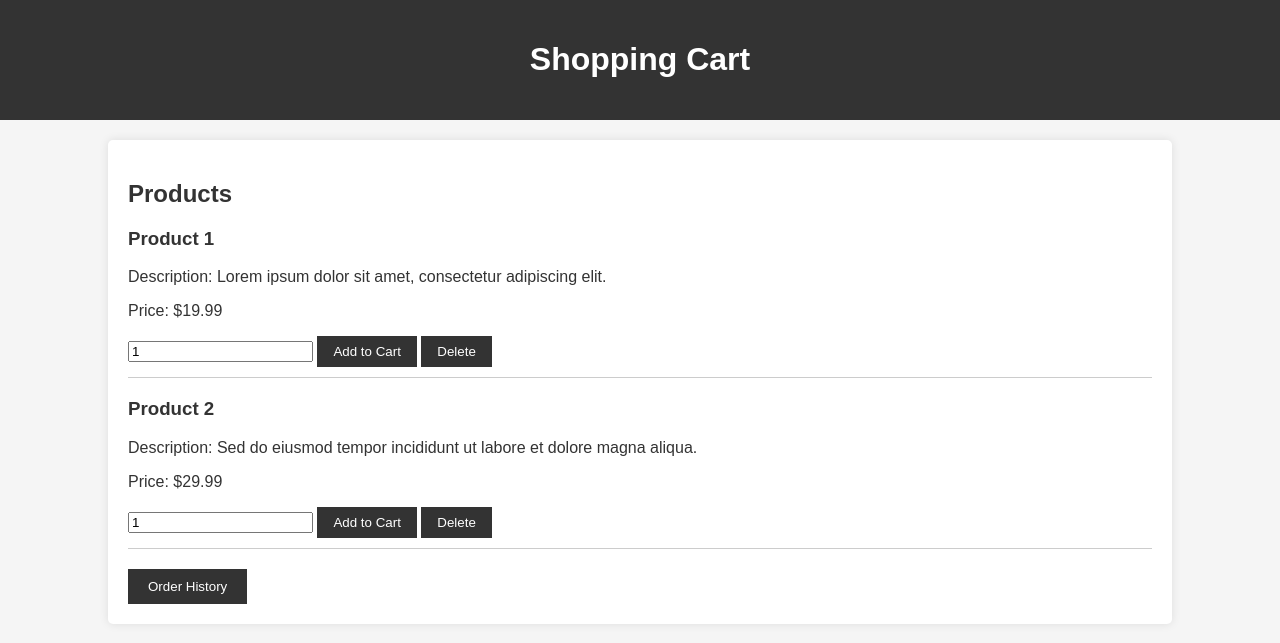
Repository: Thalapaty123/TimizStore
Page: http://localhost/TimZyStore/pages/addtocart.jsp
These files come from the project's save history. The page is drawn as it stood at one moment and after the next save; the edit follows.
The browser window is 1280 px wide. The pictures show the whole page.
The page is served by Tomcat 9. Nobody is signed in. The application's start-up code is not run.

Above is the page before, as saved 2024-05-06 18:01:30.

After the next save:
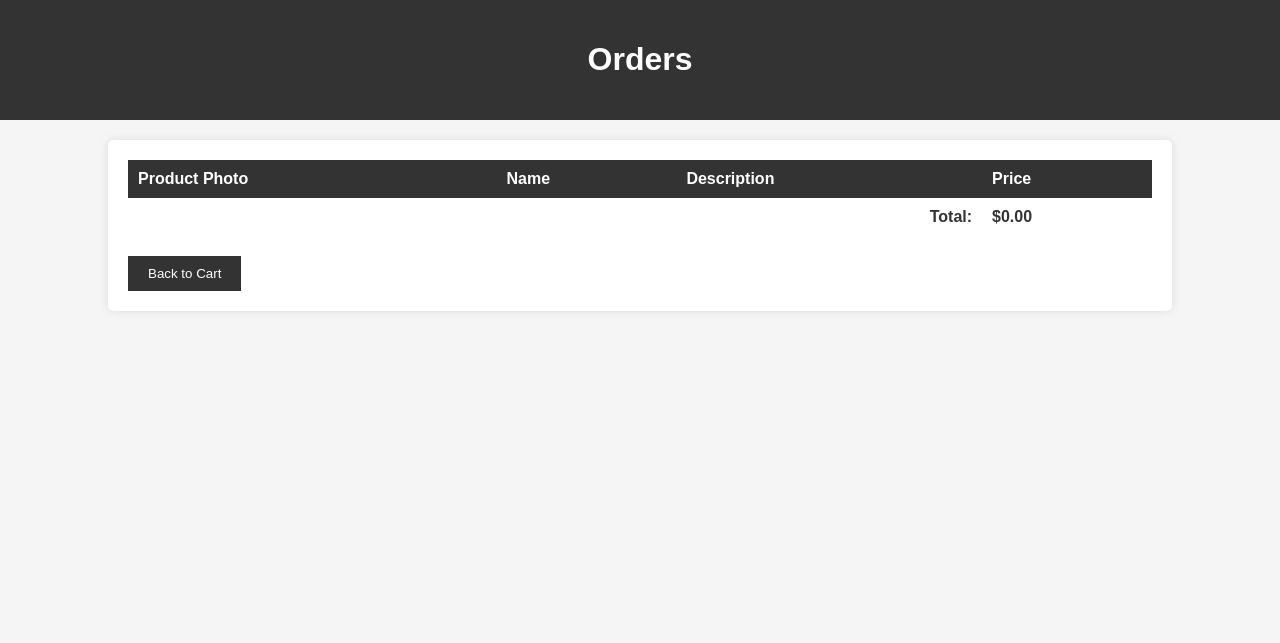
Saved 3 min 29 s later.
--- a/TimZyStore/src/main/webapp/pages/addtocart.jsp
+++ b/TimZyStore/src/main/webapp/pages/addtocart.jsp
@@ -5,8 +5,8 @@
 <head>
 <meta charset="UTF-8">
 <meta name="viewport" content="width=device-width, initial-scale=1.0">
-<title>Shopping Cart</title>
-<link rel="stylesheet" href="<%= request.getContextPath() %>/Stylesheet/addtocart.css">
+<title>Order History</title>
+<link rel="stylesheet" href="<%= request.getContextPath() %>/Stylesheet/orderhhistory.css">
 <style>
   /* Your CSS styles here */
 </style>
@@ -14,35 +14,35 @@
 <body>
 
 <div class="header">
-  <h1>Shopping Cart</h1>
+  <h1>Orders</h1>
 </div>
 
 <div class="container">
-  <h2>Products</h2>
-  <div class="product">
-    <h3>Product 1</h3>
-    <p>Description: Lorem ipsum dolor sit amet, consectetur adipiscing elit.</p>
-    <p>Price: $19.99</p>
-    <input type="number" id="quantity-product1" value="1" min="1"> <!-- Quantity field -->
-    <button onclick="addToOrder('Product 1', 'Lorem ipsum dolor sit amet, consectetur adipiscing elit.', '$19.99', 'quantity-product1')">Add to Cart</button> <!-- Buy Now button -->
-    <button onclick="removeFromCart('quantity-product1')">Delete</button> <!-- Delete button -->
-  </div>
-  <div class="product">
-    <h3>Product 2</h3>
-    <p>Description: Sed do eiusmod tempor incididunt ut labore et dolore magna aliqua.</p>
-    <p>Price: $29.99</p>
-    <input type="number" id="quantity-product2" value="1" min="1"> <!-- Quantity field -->
-    <button onclick="addToOrder('Product 2', 'Sed do eiusmod tempor incididunt ut labore et dolore magna aliqua.', '$29.99', 'quantity-product2')">Add to Cart</button> <!-- Buy Now button -->
-    <button onclick="removeFromCart('quantity-product2')">Delete</button> <!-- Delete button -->
-  </div>
-  <button onclick="goToOrderHistory()">Order History</button> <!-- Button to go to order history page -->
+  <table>
+    <thead>
+      <tr>
+        <th>Product Photo</th>
+        <th>Name</th>
+        <th>Description</th>
+        <th>Price</th>
+      </tr>
+    </thead>
+    <tbody id="order-list">
+      <!-- Order items will be dynamically added here -->
+    </tbody>
+    <tfoot>
+      <tr>
+        <td colspan="3" style="text-align: right;">Total:</td>
+        <td id="total-price">$0.00</td>
+      </tr>
+    </tfoot>
+  </table>
+  <button onclick="goBack()">Back to Cart</button> <!-- Button to go back to cart -->
 </div>
 
 <script>
 // Function to add product to order history and calculate total price
-function addToOrder(productName, description, price, quantityId) {
-  var quantity = parseInt(document.getElementById(quantityId).value); // Get quantity from input field
-
+function addToOrder(productName, description, price) {
   // Create a new row for the product
   var newRow = document.createElement("tr");
   newRow.innerHTML = `
@@ -50,34 +50,18 @@
     <td>${productName}</td>
     <td>${description}</td>
     <td class="price">${price}</td>
-    <td>${quantity}</td>
   `;
   document.getElementById("order-list").appendChild(newRow);
 
   // Update total price
   var totalPrice = parseFloat(document.getElementById("total-price").innerText.replace("$", ""));
-  totalPrice += parseFloat(price.replace("$", "")) * quantity;
+  totalPrice += parseFloat(price.replace("$", ""));
   document.getElementById("total-price").innerText = "$" + totalPrice.toFixed(2);
 }
 
-// Function to remove product from cart
-function removeFromCart(quantityId) {
-  var quantity = parseInt(document.getElementById(quantityId).value); // Get quantity from input field
-  var pricePerItem = parseFloat(document.querySelector('.price').innerText.replace("$", "")); // Get price per item
-
-  // Update total price
-  var totalPrice = parseFloat(document.getElementById("total-price").innerText.replace("$", ""));
-  totalPrice -= pricePerItem * quantity;
-  document.getElementById("total-price").innerText = "$" + totalPrice.toFixed(2);
-
-  // Remove product from the cart
-  var productContainer = document.getElementById(quantityId).parentNode; // Get the parent container of the product
-  productContainer.parentNode.removeChild(productContainer); // Remove the product container from the DOM
-}
-
-// Function to go to order history page
-function goToOrderHistory() {
-  window.location.href = "orderhistory.jsp"; // Replace "orderhistory.jsp" with the actual URL of the order history page
+// Function to go back to the shopping cart
+function goBack() {
+  window.location.href = "addtocart.html"; // Replace "addtocart.html" with the actual URL of the shopping cart page
 }
 </script>
 
